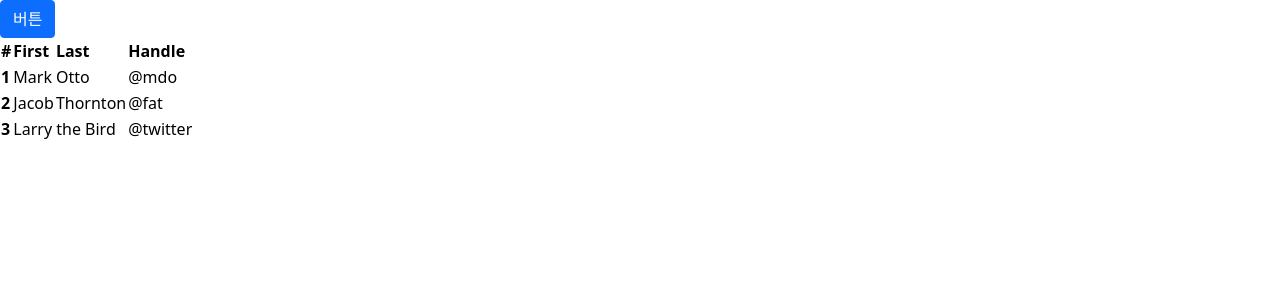
Repository: izuiw/team
Page: http://localhost/qCali/WEB-INF/views/test.jsp
An editor plug-in stored every save of this project. The page is shown before and after the next save, followed by the edit.
The browser window is 1280 px wide. The pictures show the whole page.
The page is served by Tomcat 9. Nobody is signed in. Other server files are loaded and not shown. The template is opened directly, without the code that normally fills it, so the values that code supplies are empty.

Above is the page before, as saved 2022-04-29 06:33:23.

### qCali/src/main/webapp/WEB-INF/views/test.jsp
<%@ page language="java" contentType="text/html; charset=UTF-8"
    pageEncoding="UTF-8"%>
<!DOCTYPE html>
<html>
<head>
<meta charset="UTF-8">
<title>테스트</title>
<link href="https://cdn.jsdelivr.net/npm/bootstrap@5.1.3/dist/css/bootstrap.min.css" rel="stylesheet" integrity="sha384-1BmE4kWBq78iYhFldvKuhfTAU6auU8tT94WrHftjDbrCEXSU1oBoqyl2QvZ6jIW3" crossorigin="anonymous">
</head>
<body>
<button class="btn btn-primary">버튼</button>

<table class="table-secondary">
  <thead>
    <tr>
      <th scope="col">#</th>
      <th scope="col">First</th>
      <th scope="col">Last</th>
      <th scope="col">Handle</th>
    </tr>
  </thead>
  <tbody>
    <tr>
      <th scope="row">1</th>
      <td>Mark</td>
      <td>Otto</td>
      <td>@mdo</td>
    </tr>
    <tr>
      <th scope="row">2</th>
      <td>Jacob</td>
      <td>Thornton</td>
      <td>@fat</td>
    </tr>
    <tr>
      <th scope="row">3</th>
      <td colspan="2">Larry the Bird</td>
      <td>@twitter</td>
    </tr>
  </tbody>
</table>

<script src="https://cdn.jsdelivr.net/npm/bootstrap@5.1.3/dist/js/bootstrap.bundle.min.js" integrity="sha384-ka7Sk0Gln4gmtz2MlQnikT1wXgYsOg+OMhuP+IlRH9sENBO0LRn5q+8nbTov4+1p" crossorigin="anonymous"></script>
</body>
</html>

After the next save:
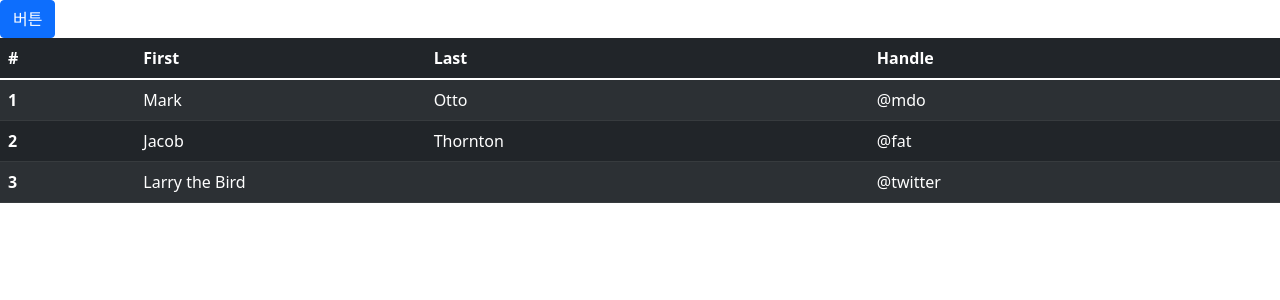
Saved 16 s later.
--- a/qCali/src/main/webapp/WEB-INF/views/test.jsp
+++ b/qCali/src/main/webapp/WEB-INF/views/test.jsp
@@ -10,7 +10,7 @@
 <body>
 <button class="btn btn-primary">버튼</button>
 
-<table class="table-secondary">
+<table class="table table-dark table-striped">
   <thead>
     <tr>
       <th scope="col">#</th>
